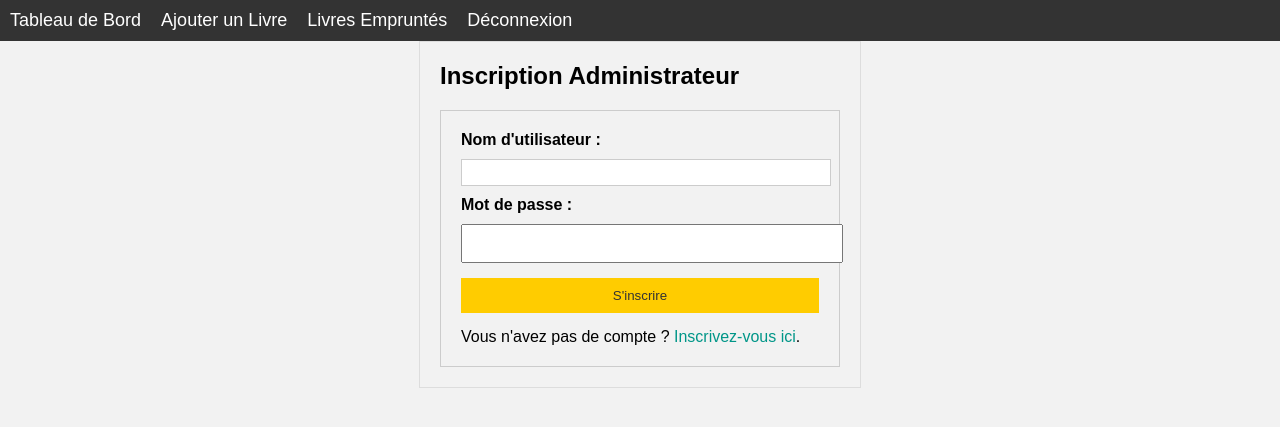
Repository: Eurin-lumen/space
Page: http://localhost/admin/admin_login.php
An editor plug-in stored every save of this project. The page is shown before and after the next save, followed by the edit.
The browser window is 1280 px wide. The pictures show the whole page.
The page is run by PHP 8.4 with error messages shown; the project is at /var/www/html/.

Above is the page before, as saved 2023-07-23 03:54:49.

### admin/admin_login.php
<!DOCTYPE html>
<html>
<head>
    <title>Inscription Administrateur</title>
    <link rel="stylesheet" type="text/css" href="css/style.css">
    <link rel="stylesheet" type="text/css" href="admin/admin_style.css">
</head>
<body>
    <?php include 'admin_nav.php'; ?>

    <div class="register-form">
        <h2>Inscription Administrateur</h2>
        <?php
        // Inclure le fichier de fonctions
        require_once '../includes/functions.php';

        // Vérifier si le formulaire d'inscription a été soumis
        if ($_SERVER["REQUEST_METHOD"] == "POST") {
            // Récupérer les données du formulaire
            $username = $_POST["username"];
            $password = $_POST["password"];

            // Vérifier si l'administrateur existe déjà
            $existingAdmin = getAdminByUsername($username);

            if ($existingAdmin) {
                echo '<p class="error-message">Un administrateur avec ce nom d\'utilisateur existe déjà.</p>';
            } else {
                // Inscrire le nouvel administrateur
                if (registerAdmin($username, $password)) {
                    // Rediriger vers la page de connexion
                    header("Location: admin_login.php");
                    exit();
                } else {
                    echo '<p class="error-message">Une erreur s\'est produite lors de l\'inscription. Veuillez réessayer.</p>';
                }
            }
        }
        ?>

        <form action="" method="post">
            <label for="username">Nom d'utilisateur :</label>
            <input type="text" id="username" name="username" required>

            <label for="password">Mot de passe :</label>
            <input type="password" id="password" name="password" required>

            <input type="submit" value="S'inscrire">

            <p>Vous n'avez pas de compte ? <a href="admin_register.php">Inscrivez-vous ici</a>.</p>
        </form>
    </div>
</body>
</html>

### admin/admin_nav.php
<nav class="admin-nav">
    <ul>
        <li><a href="admin_dashboard.php">Tableau de Bord</a></li>
        <li><a href="add_book.php">Ajouter un Livre</a></li>
        <li><a href="borrowed_books.php">Livres Empruntés</a></li>
        <li><a href="admin_logout.php">Déconnexion</a></li>
    </ul>
</nav>

### includes/functions.php
<?php
require_once 'config.php';
///* CAPITAINE *////

// Fonction pour récupérer tous les livres de la base de données
function getAllBooks() {
    global $conn;

    $sql = "SELECT * FROM books";
    $result = mysqli_query($conn, $sql);

    $books = array();

    while ($row = mysqli_fetch_assoc($result)) {
        $books[] = $row;
    }

    return $books;
}


//**END CAPITAINE */

// Fonction pour vérifier les informations de connexion de l'utilisateur
function checkLogin($username, $password) {
    global $conn;
    $sql = "SELECT id, password FROM users WHERE username = ?";
    $stmt = mysqli_prepare($conn, $sql);

    if (!$stmt) {
        return false;
    }

    mysqli_stmt_bind_param($stmt, "s", $username);
    mysqli_stmt_execute($stmt);
    mysqli_stmt_bind_result($stmt, $user_id, $hashed_password);
    mysqli_stmt_fetch($stmt);
    mysqli_stmt_close($stmt);

    // Vérifier si le mot de passe haché correspond au mot de passe saisi
    if (password_verify($password, $hashed_password)) {
        return $user_id;
    } else {
        return false;
    }
}

// Fonction pour ajouter un nouvel utilisateur
function addUser($username, $hashed_password) {
    global $conn;
    $sql = "INSERT INTO users (username, password) VALUES (?, ?)";
    $stmt = mysqli_prepare($conn, $sql);

    if (!$stmt) {
        return false;
    }

    mysqli_stmt_bind_param($stmt, "ss", $username, $hashed_password);
    $result = mysqli_stmt_execute($stmt);
    mysqli_stmt_close($stmt);

    return $result;
}

// Fonction pour récupérer les informations de l'utilisateur par son ID
function getUserById($user_id) {
    global $conn;
    $sql = "SELECT id, username, role FROM users WHERE id = ?";
    $stmt = mysqli_prepare($conn, $sql);

    if (!$stmt) {
        return null;
    }

    mysqli_stmt_bind_param($stmt, "i", $user_id);
    mysqli_stmt_execute($stmt);
    mysqli_stmt_bind_result($stmt, $id, $username, $role);
    mysqli_stmt_fetch($stmt);
    mysqli_stmt_close($stmt);

    if (!$id) {
        return null;
    }

    return ['id' => $id, 'username' => $username, 'role' => $role];
}

// Fonction pour récupérer les informations de l'utilisateur par son nom d'utilisateur
function getUserByUsername($username) {
    global $conn;
    $sql = "SELECT id, username FROM users WHERE username = ?";
    $stmt = mysqli_prepare($conn, $sql);

    if (!$stmt) {
        return null;
    }

    mysqli_stmt_bind_param($stmt, "s", $username);
    mysqli_stmt_execute($stmt);
    mysqli_stmt_bind_result($stmt, $id, $username);
    mysqli_stmt_fetch($stmt);
    mysqli_stmt_close($stmt);

    if (!$id) {
        return null;
    }

    return ['id' => $id, 'username' => $username];
}


// Fonction pour récupérer les livres empruntés par un utilisateur par son ID
function getBorrowedBooksByUserId($user_id) {
    global $conn;

    $sql = "SELECT books.title, books.author, books.borrow_date FROM borrowed_books JOIN books ON borrowed_books.book_id = books.id WHERE borrowed_books.user_id = ?";
    $stmt = mysqli_prepare($conn, $sql);

    if (!$stmt) {
        return array();
    }

    mysqli_stmt_bind_param($stmt, "i", $user_id);

    if (mysqli_stmt_execute($stmt)) {
        $result = mysqli_stmt_get_result($stmt);
        $borrowedBooks = array();
        while ($book = mysqli_fetch_assoc($result)) {
            $borrowedBooks[] = $book;
        }
        return $borrowedBooks;
    } else {
        return array();
    }
}

// Fonction pour récupérer les informations d'un livre à partir de son identifiant
function getBookById($bookId) {
    global $conn;

    // Préparer la requête SQL pour récupérer les informations du livre
    $sql = "SELECT * FROM books WHERE id = ?";
    $stmt = mysqli_prepare($conn, $sql);

    // Vérifier si la préparation de la requête a réussi
    if (!$stmt) {
        return null; // Une erreur s'est produite lors de la préparation de la requête
    }

    mysqli_stmt_bind_param($stmt, "i", $bookId);

    // Exécuter la requête
    if (mysqli_stmt_execute($stmt)) {
        // Récupérer le résultat de la requête
        $result = mysqli_stmt_get_result($stmt);

        // Vérifier si un livre a été trouvé
        if (mysqli_num_rows($result) === 1) {
            // Récupérer les informations du livre
            $book = mysqli_fetch_assoc($result);
            return $book; // Retourner les informations du livre
        } else {
            return null; // Aucun livre trouvé avec l'identifiant donné
        }
    } else {
        return null; // Une erreur s'est produite lors de l'exécution de la requête
    }
}


// Fonction pour emprunter un livre
function borrowBook($userId, $bookId) {
    global $conn;

    // Vérifier le nombre d'emprunts en cours de l'utilisateur
    $borrowedBooksCount = getBorrowedBooksCount($userId);
    if ($borrowedBooksCount >= 3) {
        return false; // Limite d'emprunts atteinte, impossible d'emprunter plus de livres
    }

    // Vérifier si le livre est disponible (au moins une copie disponible)
    $book = getBookById($bookId);
    if ($book['copies'] <= 0) {
        return false; // Livre indisponible, aucune copie disponible pour l'emprunt
    }

    // Préparer la requête SQL pour enregistrer l'emprunt du livre
    $sql = "INSERT INTO borrowings (user_id, book_id, borrow_date) VALUES (?, ?, NOW())";
    $stmt = mysqli_prepare($conn, $sql);

    // Vérifier si la préparation de la requête a réussi
    if (!$stmt) {
        return false; // Une erreur s'est produite lors de la préparation de la requête
    }

    mysqli_stmt_bind_param($stmt, "ii", $userId, $bookId);

    // Exécuter la requête
    if (mysqli_stmt_execute($stmt)) {
        // Mettre à jour le nombre de copies disponibles du livre
        $updatedCopies = $book['copies'] - 1;
        updateBookCopies($bookId, $updatedCopies);
        return true; // Livre emprunté avec succès
    } else {
        return false; // Une erreur s'est produite lors de l'emprunt du livre
    }
}

// Fonction pour retourner un livre
function returnBook($userId, $bookId) {
    global $conn;

    // Vérifier si l'utilisateur a emprunté le livre
    if (!isBookBorrowedByUser($userId, $bookId)) {
        return false; // L'utilisateur n'a pas emprunté ce livre, impossible de le retourner
    }

    // Préparer la requête SQL pour supprimer l'emprunt du livre
    $sql = "DELETE FROM borrowings WHERE user_id = ? AND book_id = ?";
    $stmt = mysqli_prepare($conn, $sql);

    // Vérifier si la préparation de la requête a réussi
    if (!$stmt) {
        return false; // Une erreur s'est produite lors de la préparation de la requête
    }

    mysqli_stmt_bind_param($stmt, "ii", $userId, $bookId);

    // Exécuter la requête
    if (mysqli_stmt_execute($stmt)) {
        // Mettre à jour le nombre de copies disponibles du livre
        $book = getBookById($bookId);
        $updatedCopies = $book['copies'] + 1;
        updateBookCopies($bookId, $updatedCopies);
        return true; // Livre retourné avec succès
    } else {
        return false; // Une erreur s'est produite lors du retour du livre
    }
}


// Fonction pour récupérer le nombre d'emprunts d'un utilisateur
function getBorrowedBooksCount($userId) {
    global $conn;

    // Préparer la requête SQL pour compter le nombre d'emprunts de l'utilisateur
    $sql = "SELECT COUNT(*) AS count FROM borrowings WHERE user_id = ?";
    $stmt = mysqli_prepare($conn, $sql);

    // Vérifier si la préparation de la requête a réussi
    if (!$stmt) {
        return 0; // Une erreur s'est produite lors de la préparation de la requête
    }

    mysqli_stmt_bind_param($stmt, "i", $userId);

    // Exécuter la requête
    mysqli_stmt_execute($stmt);

    // Récupérer le résultat de la requête
    $result = mysqli_stmt_get_result($stmt);

    // Récupérer le nombre d'emprunts
    $row = mysqli_fetch_assoc($result);
    $count = $row['count'];

    return $count;
}


// Fonction pour vérifier si un livre est emprunté par un utilisateur
function isBookBorrowedByUser($userId, $bookId) {
    global $conn;

    // Préparer la requête SQL pour vérifier si le livre est emprunté par l'utilisateur
    $sql = "SELECT * FROM borrowings WHERE user_id = ? AND book_id = ?";
    $stmt = mysqli_prepare($conn, $sql);

    // Vérifier si la préparation de la requête a réussi
    if (!$stmt) {
        return false; // Une erreur s'est produite lors de la préparation de la requête
    }

    mysqli_stmt_bind_param($stmt, "ii", $userId, $bookId);

    // Exécuter la requête
    mysqli_stmt_execute($stmt);

    // Récupérer le résultat de la requête
    $result = mysqli_stmt_get_result($stmt);

    // Vérifier si le livre est emprunté par l'utilisateur
    if (mysqli_num_rows($result) > 0) {
        return true; // Le livre est emprunté par l'utilisateur
    } else {
        return false; // Le livre n'est pas emprunté par l'utilisateur
    }
}

// Fonction pour rechercher des livres par titre ou auteur
function searchBooks($keyword) {
    global $conn;
    $sql = "SELECT * FROM books WHERE title LIKE ? OR author LIKE ?";
    $stmt = mysqli_prepare($conn, $sql);

    if (!$stmt) {
        return null;
    }

    $searchKeyword = "%" . $keyword . "%";
    mysqli_stmt_bind_param($stmt, "ss", $searchKeyword, $searchKeyword);
    mysqli_stmt_execute($stmt);
    $result = mysqli_stmt_get_result($stmt);
    mysqli_stmt_close($stmt);

    $books = array();
    while ($row = mysqli_fetch_assoc($result)) {
        $books[] = $row;
    }

    return $books;
}


/** PART ADMIN */

function getAdminById($admin_id) {
    global $conn;
    $sql = "SELECT id, username FROM admins WHERE id = ?";
    $stmt = mysqli_prepare($conn, $sql);

    if (!$stmt) {
        return null;
    }

    mysqli_stmt_bind_param($stmt, "i", $admin_id);
    mysqli_stmt_execute($stmt);
    mysqli_stmt_bind_result($stmt, $id, $username);
    mysqli_stmt_fetch($stmt);
    mysqli_stmt_close($stmt);

    if (!$id) {
        return null;
    }

    return ['id' => $id, 'username' => $username];
}

function getAdminByUsername($username) {
    global $conn;
    $sql = "SELECT id, username, password FROM admins WHERE username = ?";
    $stmt = mysqli_prepare($conn, $sql);

    if (!$stmt) {
        return null;
    }

    mysqli_stmt_bind_param($stmt, "s", $username);
    mysqli_stmt_execute($stmt);
    mysqli_stmt_bind_result($stmt, $id, $username, $hashedPassword);
    mysqli_stmt_fetch($stmt);
    mysqli_stmt_close($stmt);

    if (!$id) {
        return null;
    }

    return ['id' => $id, 'username' => $username, 'password' => $hashedPassword];
}

// Fonction pour enregistrer un nouvel administrateur

function registerAdmin($username, $password, $confirm_password) {
    global $conn;

    // Vérifier si les mots de passe correspondent
    if ($password !== $confirm_password) {
        return false; // Les mots de passe ne correspondent pas
    }

    // Vérifier si l'administrateur existe déjà dans la base de données
    $query = "SELECT id FROM admins WHERE username = ?";
    $stmt = mysqli_prepare($conn, $query);

    if (!$stmt) {
        return false; // Une erreur s'est produite lors de la préparation de la requête
    }

    mysqli_stmt_bind_param($stmt, "s", $username);
    mysqli_stmt_execute($stmt);
    mysqli_stmt_store_result($stmt);

    if (mysqli_stmt_num_rows($stmt) > 0) {
        return false; // L'administrateur existe déjà
    }

    // Hasher le mot de passe avant de l'enregistrer dans la base de données
    $hashed_password = password_hash($password, PASSWORD_DEFAULT);

    // Insérer le nouvel administrateur dans la base de données
    $query = "INSERT INTO admins (username, password) VALUES (?, ?)";
    $stmt = mysqli_prepare($conn, $query);

    if (!$stmt) {
        return false; // Une erreur s'est produite lors de la préparation de la requête
    }

    mysqli_stmt_bind_param($stmt, "ss", $username, $hashed_password);

    if (mysqli_stmt_execute($stmt)) {
        return true; // L'administrateur a été enregistré avec succès
    } else {
        return false; // Une erreur s'est produite lors de l'enregistrement de l'administrateur
    }
}

### includes/config.php
<?php
// Configuration de la base de données
define('DB_HOST', 'localhost'); // Adresse du serveur de la base de données
define('DB_USER', 'root'); // Nom d'utilisateur de la base de données
define('DB_PASS', ''); // Mot de passe de la base de données
define('DB_NAME', 'library_management'); // Nom de la base de données

// Connexion à la base de données
$conn = mysqli_connect(DB_HOST, DB_USER, DB_PASS, DB_NAME);

// Vérifier la connexion
if (!$conn) {
    die("La connexion à la base de données a échoué : " . mysqli_connect_error());
}
?>

### css/style.css
/* Style commun pour toutes les pages */
body {
    font-family: Arial, sans-serif;
    margin: 0;
    padding: 0;
  }

  header {
    background-color: #333;
    color: #fff;
    padding: 10px;
    text-align: center;
  }

  main {
    padding: 20px;
  }

  /* Style spécifique pour la page search.php */
  .search-container {
    text-align: center;
  }

  .search-title {
    font-size: 24px;
    font-weight: bold;
    margin-bottom: 20px;
  }

  .search-form {
    display: flex;
    justify-content: center;
  }

  .search-input {
    padding: 10px;
    font-size: 16px;
    border: 1px solid #ccc;
    border-radius: 5px;
  }

  .search-button {
    padding: 10px 20px;
    background-color: #4CAF50;
    color: #fff;
    font-size: 16px;
    border: none;
    border-radius: 5px;
    cursor: pointer;
    margin-left: 10px;
  }

  .search-results {
    margin-top: 30px;
  }

  .search-result {
    border: 1px solid #ccc;
    border-radius: 5px;
    padding: 10px;
    margin-bottom: 10px;
  }

  .search-title {
    font-size: 20px;
    font-weight: bold;
  }

  .search-author {
    font-size: 16px;
    color: #888;
  }

  .search-description {
    font-size: 14px;
    color: #444;
  }


  /* Styles de base pour toute l'application */

/* Style du body */
body {
    font-family: Arial, sans-serif;
    margin: 0;
    padding: 0;
    background-color: #f2f2f2;
}

/* Style des liens */
a {
    color: #009688;
    text-decoration: none;
}

a:hover {
    color: #00796b;
}

/* Style des messages d'erreur */
.error-message {
    color: #ff0000;
}

/* Autres styles */
/* Vous pouvez ajouter d'autres styles de base spécifiques à votre projet */

### admin/admin_style.css
/* Styles spécifiques pour l'interface administrateur */

/* Style de la navigation */
.admin-nav {
    background-color: #333;
    padding: 10px;
}

.admin-nav ul {
    list-style-type: none;
    margin: 0;
    padding: 0;
    display: flex;
}

.admin-nav li {
    margin-right: 20px;
}

.admin-nav a {
    color: #fff;
    text-decoration: none;
    font-size: 18px;
}

.admin-nav a:hover {
    color: #ffcc00;
}

/* Style du tableau de bord administrateur */
.admin-dashboard {
    padding: 20px;
}

.admin-dashboard h2 {
    margin-bottom: 20px;
}

/* Style du formulaire d'ajout de livre */
.add-book-form {
    max-width: 500px;
    margin: 0 auto;
}

.add-book-form label,
.add-book-form input,
.add-book-form textarea,
.add-book-form select {
    display: block;
    width: 100%;
    margin-bottom: 15px;
}

.add-book-form input[type="submit"] {
    background-color: #ffcc00;
    color: #333;
    border: none;
    padding: 10px 20px;
    cursor: pointer;
}

.add-book-form input[type="submit"]:hover {
    background-color: #ffc000;
}

/* Style de la liste des livres */
.book-list {
    margin-top: 20px;
}

.book-list th,
.book-list td {
    padding: 10px;
    text-align: left;
    border-bottom: 1px solid #ddd;
}

.book-list th {
    background-color: #f2f2f2;
}

.book-list td.actions {
    white-space: nowrap;
}

/* Style du bouton pour consulter le PDF */
.view-pdf-button {
    background-color: #009688;
    color: #fff;
    border: none;
    padding: 5px 10px;
    border-radius: 3px;
    text-decoration: none;
}

.view-pdf-button:hover {
    background-color: #00796b;
}

/* Styles communs à l'interface utilisateur et administrateur */
/* Vous pouvez les définir dans le fichier style.css */

/* Style du header */
header {
    background-color: #333;
    padding: 20px;
    color: #fff;
    text-align: center;
}

header h1 {
    margin: 0;
}

/* Style du formulaire de connexion et d'inscription */
.login-form,
.register-form {
    max-width: 400px;
    margin: 0 auto;
    padding: 20px;
    border: 1px solid #ddd;
}

.login-form h2,
.register-form h2 {
    margin-bottom: 20px;
}

.login-form label,
.register-form label {
    display: block;
    margin-bottom: 10px;
}

.login-form input,
.register-form input {
    width: 100%;
    padding: 10px;
    margin-bottom: 15px;
}

.login-form input[type="submit"],
.register-form input[type="submit"] {
    background-color: #ffcc00;
    color: #333;
    border: none;
    padding: 10px 20px;
    cursor: pointer;
}

.login-form input[type="submit"]:hover,
.register-form input[type="submit"]:hover {
    background-color: #ffc000;
}

/* Style du footer */
footer {
    background-color: #333;
    padding: 10px;
    color: #fff;
    text-align: center;
}

/* Autres styles */
/* Styles communs */

/* Reset des marges et des paddings */
body, h1, h2, h3, h4, h5, h6, p, ul, li, form {
    margin: 0;
    padding: 0;
}

/* Police de caractère par défaut */
body {
    font-family: Arial, sans-serif;
}

/* Styles des en-têtes de page */
header {
    background-color: #333;
    color: #fff;
    padding: 20px;
}

header h1 {
    font-size: 24px;
}

/* Styles de la navigation */
nav {
    background-color: #444;
    color: #fff;
    padding: 10px;
}

nav ul {
    list-style: none;
}

nav ul li {
    display: inline-block;
    margin-right: 20px;
}

nav ul li a {
    color: #fff;
    text-decoration: none;
}

/* Styles des formulaires */
form {
    margin-top: 20px;
    padding: 20px;
    border: 1px solid #ccc;
    max-width: 400px;
}

form label {
    display: block;
    margin-bottom: 5px;
    font-weight: bold;
}

form input[type="text"],
form input[type="number"],
form textarea {
    width: 100%;
    padding: 5px;
    margin-bottom: 10px;
    border: 1px solid #ccc;
}

form input[type="submit"] {
    background-color: #333;
    color: #fff;
    padding: 10px 15px;
    border: none;
    cursor: pointer;
}

/* Styles spécifiques */

/* Styles pour admin_dashboard.php */
.admin-container {
    margin: 20px;
}

.admin-container table {
    width: 100%;
    border-collapse: collapse;
    margin-bottom: 20px;
}

.admin-container th, .admin-container td {
    padding: 10px;
    border: 1px solid #ccc;
}

.admin-container th {
    background-color: #444;
    color: #fff;
}

/* Styles pour add_book.php, edit_book.php, delete_book.php */
.admin-container form {
    width: 100%;
    max-width: 500px;
}

.admin-container form label {
    font-size: 16px;
}

.admin-container form input[type="file"] {
    margin-top: 10px;
}

.admin-container form a {
    display: inline-block;
    margin-top: 10px;
    color: #333;
    text-decoration: none;
}

.admin-container form a:hover {
    text-decoration: underline;
}

After the next save:
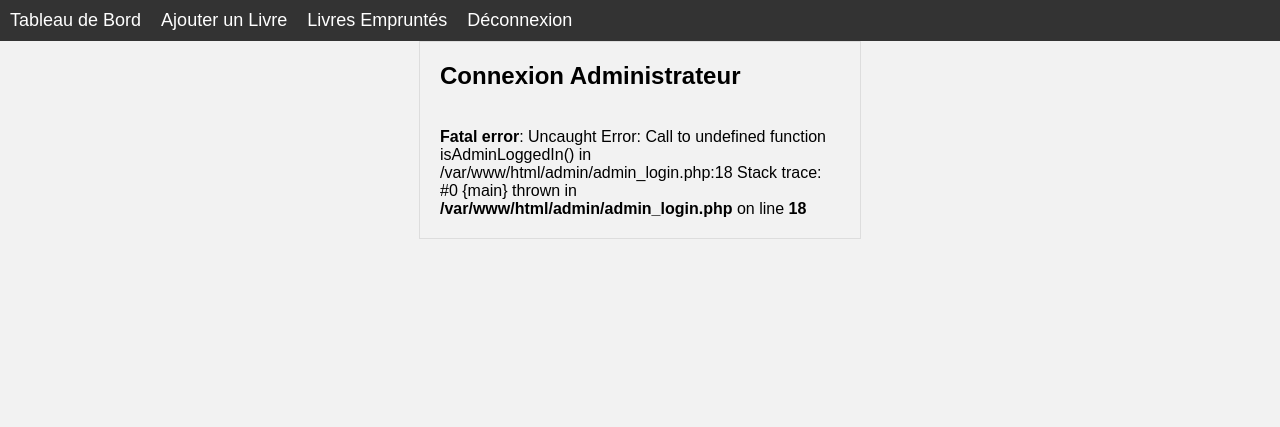
Saved 80 s later.
--- a/admin/admin_login.php
+++ b/admin/admin_login.php
@@ -1,39 +1,40 @@
 <!DOCTYPE html>
 <html>
 <head>
-    <title>Inscription Administrateur</title>
-    <link rel="stylesheet" type="text/css" href="css/style.css">
-    <link rel="stylesheet" type="text/css" href="admin/admin_style.css">
+    <title>Connexion Administrateur</title>
+    <link rel="stylesheet" type="text/css" href="../css/style.css">
+    <link rel="stylesheet" type="text/css" href="admin_style.css">
 </head>
 <body>
     <?php include 'admin_nav.php'; ?>
 
-    <div class="register-form">
-        <h2>Inscription Administrateur</h2>
+    <div class="login-form">
+        <h2>Connexion Administrateur</h2>
         <?php
         // Inclure le fichier de fonctions
         require_once '../includes/functions.php';
 
-        // Vérifier si le formulaire d'inscription a été soumis
+        // Vérifier si l'administrateur est déjà connecté
+        if (isAdminLoggedIn()) {
+            header("Location: admin_dashboard.php");
+            exit();
+        }
+
+        // Vérifier si le formulaire de connexion a été soumis
         if ($_SERVER["REQUEST_METHOD"] == "POST") {
             // Récupérer les données du formulaire
             $username = $_POST["username"];
             $password = $_POST["password"];
 
-            // Vérifier si l'administrateur existe déjà
-            $existingAdmin = getAdminByUsername($username);
+            // Connecter l'administrateur
+            $result = adminLogin($username, $password);
 
-            if ($existingAdmin) {
-                echo '<p class="error-message">Un administrateur avec ce nom d\'utilisateur existe déjà.</p>';
-            } else {
-                // Inscrire le nouvel administrateur
-                if (registerAdmin($username, $password)) {
-                    // Rediriger vers la page de connexion
-                    header("Location: admin_login.php");
-                    exit();
-                } else {
-                    echo '<p class="error-message">Une erreur s\'est produite lors de l\'inscription. Veuillez réessayer.</p>';
-                }
+            if ($result === true) {
+                // Rediriger vers le tableau de bord de l'administrateur après une connexion réussie
+                header("Location: admin_dashboard.php");
+                exit();
+            } elseif ($result === false) {
+                echo '<p class="error-message">Nom d\'utilisateur ou mot de passe incorrect.</p>';
             }
         }
         ?>
@@ -45,9 +46,7 @@
             <label for="password">Mot de passe :</label>
             <input type="password" id="password" name="password" required>
 
-            <input type="submit" value="S'inscrire">
-
-            <p>Vous n'avez pas de compte ? <a href="admin_register.php">Inscrivez-vous ici</a>.</p>
+            <input type="submit" value="Se connecter">
         </form>
     </div>
 </body>

After the save that followed:
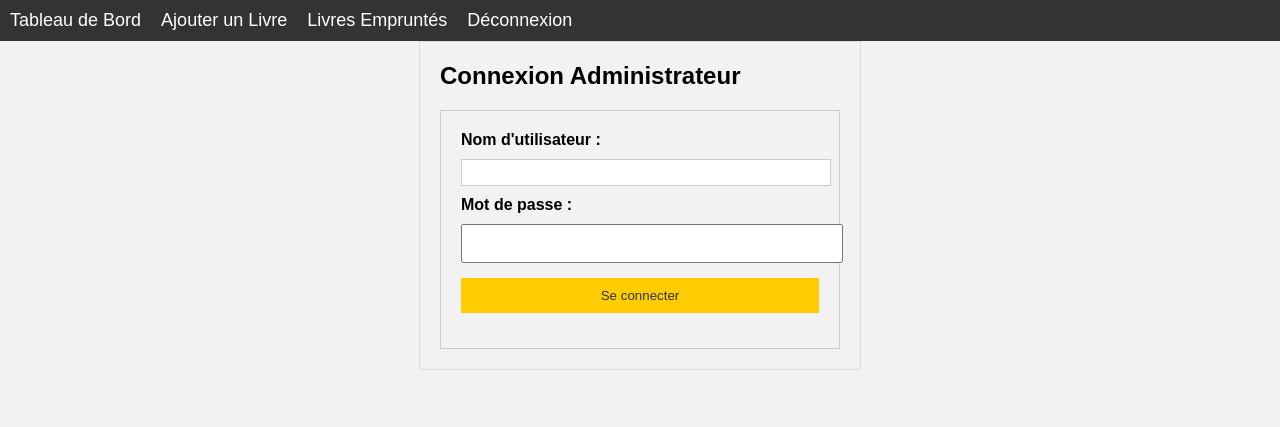
Saved 73 s later.
--- a/includes/functions.php
+++ b/includes/functions.php
@@ -413,3 +413,8 @@ function registerAdmin($username, $password, $confirm_password) {
         return false; // Une erreur s'est produite lors de l'enregistrement de l'administrateur
     }
 }
+
+// Fonction pour vérifier si l'administrateur est connecté
+function isAdminLoggedIn() {
+    return isset($_SESSION['admin_id']);
+}
